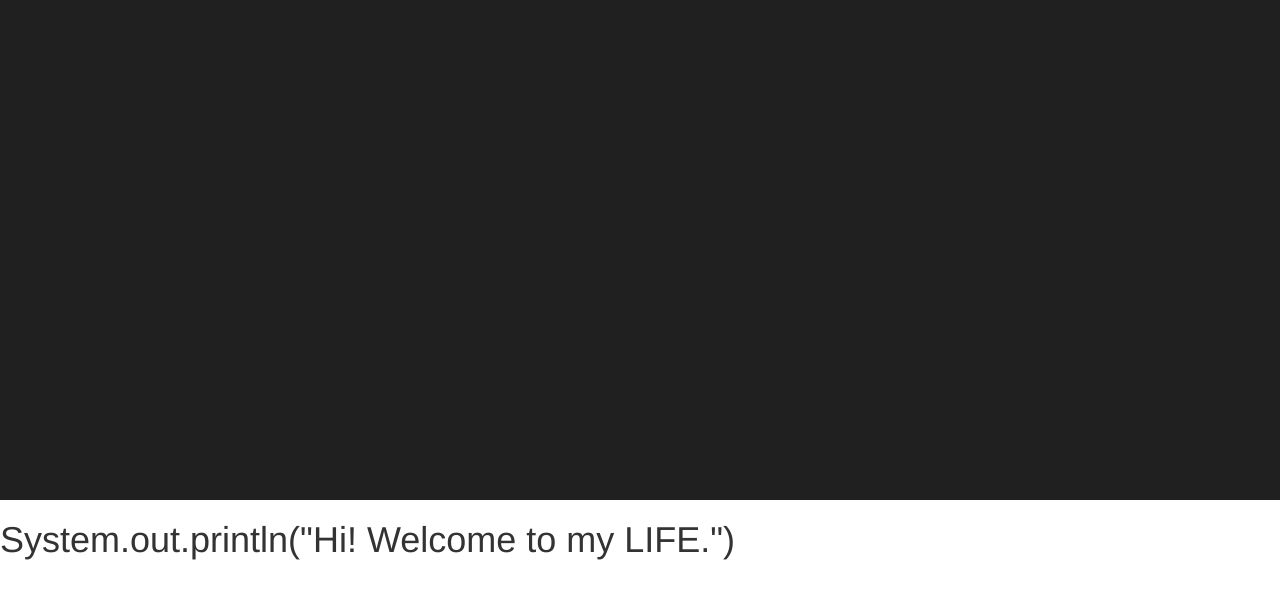
Repository: janry-gracia/Divinagracia_FinalProject
Page: Pages/storyofmylife.html
An editor plug-in stored every save of this project. The page is shown before and after the next save, followed by the edit.
The browser window is 1280 px wide. The pictures show the whole page.

Above is the page before, as saved 2021-05-17 23:20:55.
Console error: TypeError: Cannot read properties of null (reading 'addEventListener')

After the next save:
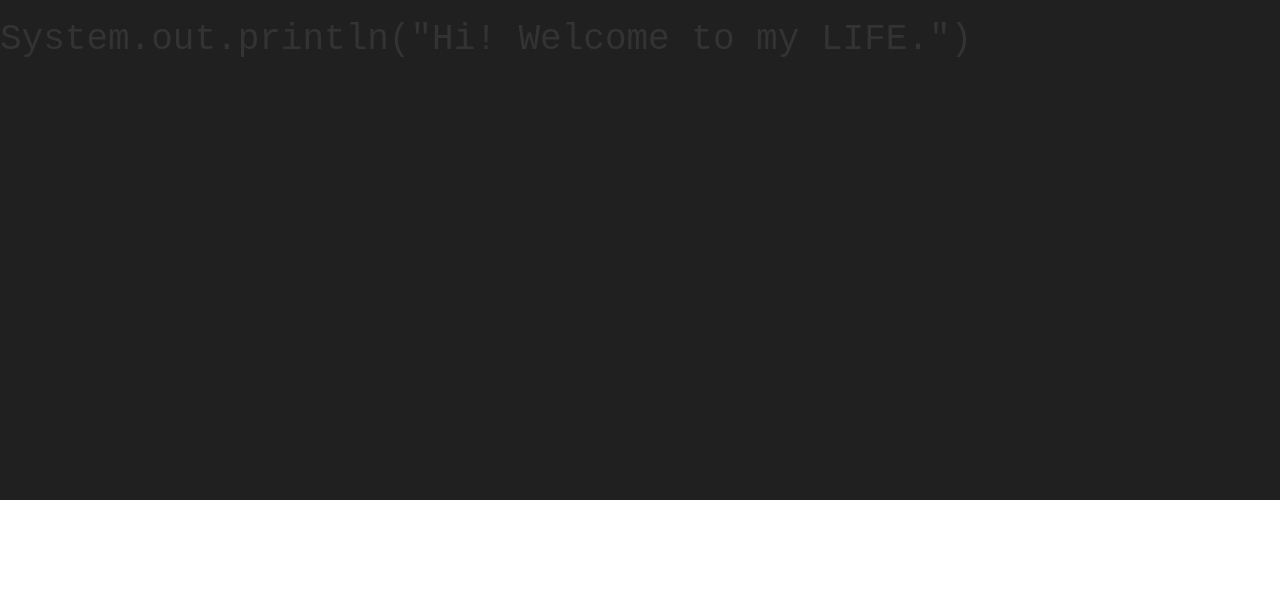
Saved 20 s later.
--- a/Pages/storyofmylife.html
+++ b/Pages/storyofmylife.html
@@ -12,9 +12,10 @@
 
     <div class="container-fluid ">
 
-        <div class="container-fluid message"></div>
+        <div class="container-fluid message">
             <h1>System.out.println("Hi! Welcome to my LIFE.")</h1>
         </div>
+
 
 
     </div>
